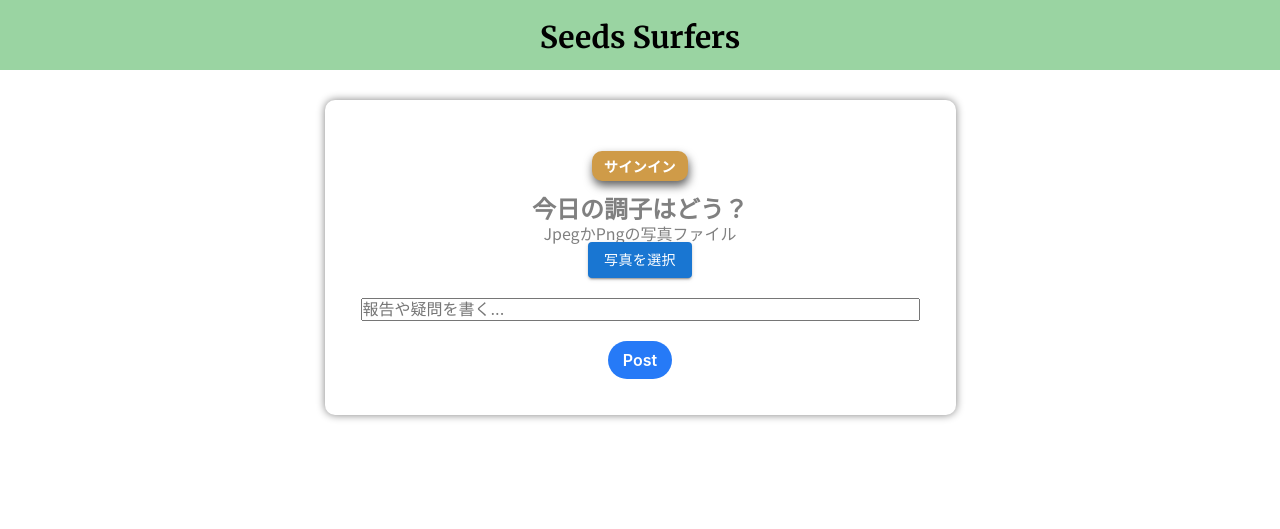
Repository: Seiya00002/seeds_surfers_react_sns
Page: /
These files come from the project's save history. The page is drawn as it stood at one moment and after the next save; the edit follows.
The browser window is 1280 px wide. The pictures show the whole page.
The page's requests for data from a server got no answer. The project was rebuilt for these pictures with package versions that can differ from the ones it lists, and the page was loaded fresh each time. No one was signed in, and anything a server would have sent is missing. Also part of the build but not shown: src/Components/Post.css, src/Components/Post.tsx.

Above is the page before, as saved 2023-08-24 16:16:26.

### public/index.html
<!DOCTYPE html>
<html lang="en">
  <head>
    <meta charset="utf-8" />
    <link rel="icon" href="%PUBLIC_URL%/favicon.ico" />
    <meta name="viewport" content="width=device-width, initial-scale=1" />
    <meta name="theme-color" content="#000000" />
    <meta
      name="description"
      content="Web site created using create-react-app"
    />
    <link rel="apple-touch-icon" href="%PUBLIC_URL%/logo192.png" />
    <!--
      manifest.json provides metadata used when your web app is installed on a
      user's mobile device or desktop. See https://developers.google.com/web/fundamentals/web-app-manifest/
    -->
    <link rel="manifest" href="%PUBLIC_URL%/manifest.json" />
    <!--
      Notice the use of %PUBLIC_URL% in the tags above.
      It will be replaced with the URL of the `public` folder during the build.
      Only files inside the `public` folder can be referenced from the HTML.

      Unlike "/favicon.ico" or "favicon.ico", "%PUBLIC_URL%/favicon.ico" will
      work correctly both with client-side routing and a non-root public URL.
      Learn how to configure a non-root public URL by running `npm run build`.
    -->
    <link rel="stylesheet" href="https://cdnjs.cloudflare.com/ajax/libs/normalize/8.0.1/normalize.min.css">
    <title>React App</title>
  </head>
  <body>
    <noscript>You need to enable JavaScript to run this app.</noscript>
    <div id="root"></div>
    <!--
      This HTML file is a template.
      If you open it directly in the browser, you will see an empty page.

      You can add webfonts, meta tags, or analytics to this file.
      The build step will place the bundled scripts into the <body> tag.

      To begin the development, run `npm start` or `yarn start`.
      To create a production bundle, use `npm run build` or `yarn build`.
    -->
  </body>
</html>

### src/index.tsx
import React from 'react';
import ReactDOM from 'react-dom/client';
import './index.css';
import reportWebVitals from './reportWebVitals';
import App from './App';
import Header from './Header';

const root = ReactDOM.createRoot(
  document.getElementById('root') as HTMLElement
);
root.render(
  <React.StrictMode>
    <Header />
    <App />
  </React.StrictMode>
);

reportWebVitals();

### src/index.css
* {
  box-sizing: border-box;
  margin: 0;
  padding: 0;
}

body {
  font-family: -apple-system, BlinkMacSystemFont, 'Segoe UI', 'Roboto', 'Oxygen',
    'Ubuntu', 'Cantarell', 'Fira Sans', 'Droid Sans', 'Helvetica Neue',
    sans-serif;
  -webkit-font-smoothing: antialiased;
  -moz-osx-font-smoothing: grayscale;

}

code {
  font-family: source-code-pro, Menlo, Monaco, Consolas, 'Courier New',
    monospace;
}

### src/App.tsx
import React from 'react';
import './App.css';
import { db, storage } from './firebase';
import { useEffect, useState, useRef } from "react";
import { collection, query, orderBy, getDocs, QuerySnapshot } from "firebase/firestore";
import { doc, onSnapshot } from 'firebase/firestore';
import { AuthProvider } from './AuthContext';
import Post from './Components/Post';
import PostUploader from './Components/PostUploader';

function App() {
  const [posts, setPosts] = useState<any>([]);

  useEffect(() => {
    const q = query(collection(db, 'posts'), orderBy('timestamp', 'desc'));
    // リアルタイム表示
    const unsubscribe = onSnapshot(q, (querySnapshot) => {
      const postsData = querySnapshot.docs.map((doc) => {
        return { id: doc.id, ...doc.data() };
      });
      setPosts(postsData);
    });

    return () => {
      // コンポーネントがアンマウントされる際にunsubscribeを行う
      unsubscribe();
    };
  }, []);

  console.log("Posts in App:", posts);

  return(
    <AuthProvider>
      <div className="App">
        <PostUploader setPosts={setPosts} />
        {posts.map((post:any) => (
          <Post key={post.timestamp} post={post} />
        ))}
      </div>
    </AuthProvider>
  );
}

export default App;

### src/Header.tsx
import React from "react";
import './Header.css';

function Header() {
    return(
        <div className="header">
            <h2>Seeds Surfers</h2>
            {/* <h3>Produced by cova.amigo</h3> */}
        </div>
    )
}

export default Header;

### src/App.css
@import url('https://fonts.googleapis.com/css2?family=Merriweather:wght@400;700&family=Noto+Sans+JP:wght@100;200;300;400;500;600;700&display=swap');

p {
  font-family: 'Noto Sans JP', sans-serif;
}

.App {
  text-align: center;
  display: flex;
  justify-content: center;
  align-items: center;
  width: 100%;
  flex-flow: column;
}

### src/firebase.tsx
import { initializeApp } from "firebase/app";
import { getFirestore } from "firebase/firestore";
import { getStorage } from "firebase/storage";
import { getAuth } from "firebase/auth";
import { GoogleAuthProvider } from "firebase/auth";


const firebaseConfig = {
  apiKey: "AIzaSyDRiOj3JAcuLe6c_Ms2hhsjBCCb8lLwSGU",
  authDomain: "seeds-surfers-react-sns.firebaseapp.com",
  projectId: "seeds-surfers-react-sns",
  storageBucket: "seeds-surfers-react-sns.appspot.com",
  messagingSenderId: "1087322797942",
  appId: "1:1087322797942:web:be61f4173bd538ec6e2c57"
};

const app = initializeApp(firebaseConfig);

export const storage = getStorage(app);
export const db = getFirestore(app);
export const auth = getAuth();
export const provider = new GoogleAuthProvider();

### src/AuthContext.tsx
import { useEffect } from "react";
import { auth } from "./firebase";
import { User } from "firebase/auth";
import { useAuthState } from "react-firebase-hooks/auth";
import { createContext, useState, Dispatch, SetStateAction  } from 'react';

type AuthContextType = {
    user: User | null;
    setUser: Dispatch<SetStateAction<User | null>>;
    signOut: () => Promise<void>;
};

export const AuthContext = createContext<AuthContextType>({
    user: null,
    setUser: () => {},
    signOut: async () => {}
});


export const AuthProvider = ({ children }: { children: React.ReactNode }) => {
    const [user, setUser] = useState<User | null>(() => {
        // リロード時ローカルストレージに状態一時保存
        const storedUser = localStorage.getItem('user');
        return storedUser ? JSON.parse(storedUser) : null;
    });

    useEffect(() => {
        if(user) {
            localStorage.setItem('user', JSON.stringify(user));
        } else {
            localStorage.removeItem('user');
        }
    }, [user]);

    const signOut = async () => {
        await auth.signOut();
        setUser(null);
    }

    return(
        <AuthContext.Provider value={{ user, setUser, signOut }}>
            { children }
        </AuthContext.Provider>
    );
};

### src/Components/PostUploader.tsx
import React, { useState}  from "react";
import "./PostUploader.css";
import { Button } from '@mui/material';
import { db, storage } from "../firebase";
import { ref, uploadBytesResumable, getDownloadURL } from "firebase/storage";
import firebase from "firebase/app";
import "firebase/firestore";
import { addDoc, collection, serverTimestamp} from "firebase/firestore";
import Post from "./Post";
import Login from "./Login";

interface PostUploaderProps {
  setPosts: React.Dispatch<React.SetStateAction<any[]>>;
}

function PostUploader({ setPosts }: PostUploaderProps) {
  const [loading, setLoading] = useState<boolean>(false);
  const [isUpLoaded, setUploaded] = useState<boolean>(false);
  const [text, setText] = useState<string>("");
  const [fileUrl, setFileUrl] = useState<any>("");

  const OnFileUploadToFirebase = (e:any) => {
        const file = e.target.files[0];
        const storageRef = ref(storage, 'image/' + file.name);
        const uploadImage = uploadBytesResumable(storageRef, file);

        setLoading(true);

        uploadImage.then((snapshot) => {
          setLoading(false);
          setUploaded(true);
          return getDownloadURL(snapshot.ref);
        })
        .then((url) => {
          setFileUrl(url);
        })
        .catch((error: any) => {
          setLoading(false);
          console.error("画像のアップロードに失敗しました。:", error);
        });
  };

  const onTextUploadToFirebase = () => {
    addDoc(collection(db, "posts"), {
      text:text,
      imageUrl:fileUrl,
      timestamp: serverTimestamp(),
    })
    .then((docRef)=>{
      console.log("投稿が完了しました！");

      const newDocId = docRef.id;

      setText("");
      setFileUrl("");
      setUploaded(false);

      // Post コンポーネントに渡すデータに新しいドキュメントIDを追加
      setPosts((prevPosts) => [
        ...prevPosts,
        {
          text: text,
          imageUrl: fileUrl,
          timestamp: serverTimestamp(),
          id: newDocId,
        },
      ]);

      console.log("新しく追加されたドミュメントのID:", newDocId);
    })
    .catch((error: any) => {
      console.error("エラーが発生しました。:",error);
    });
  };


  return (
    <>
      {loading ?(
        <h2>画像アップロード中・・・</h2>
      ) : (
        <>
          {isUpLoaded ? (
            <>
              <div className="outerBox">
                <h2>画像アップロード完了しました！</h2>

                <form id="post">
                  <label>
                    <input
                      type="text"
                      placeholder="報告や疑問を書く..."
                      size={50}
                      maxLength={500}
                      value={text}
                      onChange={e => setText(e.target.value)}
                    />
                  </label>
                  </form>
                  <input
                    type="button"
                    form="post"
                    value="Post"
                    onClick={onTextUploadToFirebase}
                  />
              </div>
            </>
            ) : (
              <div className="outerBox">
                <div className="title">
                　<Login />
                  <h2>今日の調子はどう？</h2>
                  <p>JpegかPngの写真ファイル</p>
                </div>
                <Button variant="contained">
                  写真を選択
                  <input
                  className="imageUploadInput"
                  type="file"
                  accept=".png, .jpeg, .jpg"
                  onChange={OnFileUploadToFirebase}
                  />
                </Button>
                <form id="post">
                  <label>
                    <input
                      type="text"
                      placeholder="報告や疑問を書く..."
                      className="textPost"
                      size={50}
                      maxLength={500}
                      value={text}
                      onChange={e => setText(e.target.value)}
                    />
                  </label>
                  </form>
                  <input
                    type="button"
                    className="textUploadInput"
                    form="post"
                    value="Post"
                    onClick={onTextUploadToFirebase}
                  />
              </div>
            )
          }
        </>
      )}
    </>
  );
};

export default PostUploader;

### src/Header.css
@import url('https://fonts.googleapis.com/css2?family=Merriweather:wght@400;700&display=swap');

.header {
    height: 70px;
    background-color: rgba(30, 160, 47, 0.449);
    margin: 0;
    padding: 0;
}

.header h2 {
    display: flex;
    justify-content: center;
    text-align: center;
    padding: 20px;
    font-family: 'Merriweather', serif;
    font-weight: 700;
    font-size: 30px;
}

### src/Components/PostUploader.css
.outerBox {
    margin: 30px 0;
    display: flex;
    flex-direction: column;
    align-items: center;
    justify-content: center;
    text-align: center;
    border: none;
    padding: 36px;
    border-radius: 10px;
    box-shadow: 0px 0px 8px gray;
    color: gray;
  }

  .outerBox h2 {
    font-weight: 600;
    margin-top: 5px;
  }

  .imageUplodeBox {
    border: 2px dashed #2d6395;
    padding: 35px 60px;
    position: relative;
  }

  .imageLogoAndText p {
    margin-bottom: 0px;
  }

  .imageUploadInput {
    opacity: 0;
    position: absolute;
    top: 0;
    left: 0;
    width: 100%;
    height: 100%;
    cursor: pointer;
  }

  .textPost {
    margin: 20px 0;
  }

  .textUploadInput {
    border-radius: 50px;
    border: none;
    background-color: #267af7;
    color: white;
    padding: 10px 15px;
    cursor: pointer;
    font-weight: 600;
  }

### src/Components/Login.tsx
//Login.tsx
import { signInWithPopup, User } from "firebase/auth";
import React from 'react';
import { useAuthState } from 'react-firebase-hooks/auth';
import { auth, provider } from '../firebase';
import './Login.css';


function Login() {
    const [user] = useAuthState(auth);

    return (
        <div className="userInfo">
            {user ? (
                <>
                    <UserInfo user={user} />
                    <SignOutButton />
                </>
            ) : (
                <SignInButton />
            )}
        </div>
    );
}

export default Login;

function SignInButton() {
    const signInWithGoogle = () => {
        signInWithPopup(auth, provider);
    };

    return (
        <button
        className="signin-button"
        onClick={signInWithGoogle}>
            <p>サインイン</p>
        </button>
    );
}

function SignOutButton() {
    return (
        <button
        className="signout-button"
        onClick={() => auth.signOut()}>
            <p>サインアウト</p>
        </button>
    );
}

function UserInfo({ user }: {user: User}) {
    const { displayName, photoURL } = user;

    return (
        <div>
            {photoURL && (
                <img
                    src={photoURL}
                    alt="User Icon"
                    className="userIcon"
                />
            )}
        </div>
    );
}

### src/Components/Login.css
.userInfo {
    margin: 5px 20px;
    display: flex;
  }

  h1 {
    font-size: 3rem;
  }

.userIcon {
    border-radius: 50%;
    width: 50px;
    height: 50px;
  }

.signout-button {
    margin: 10px 10px;
    padding: 7px 12px;
    border: none;
    border-radius: 10px;
    box-shadow: 1px 5px 10px #626262;
    cursor: pointer;
    background-color: #cf9b48;
    color: white;
    font-weight: 300;
    font-size: 5px;
    width: 80pxpx;
    height: 30px;
  }

  .signin-button {
    margin: 10px auto;
    padding: 7px 12px;
    border: none;
    border-radius: 10px;
    box-shadow: 1px 5px 10px #626262;
    cursor: pointer;
    background-color: #cf9b48;
    color: white;
    font-weight: 300;
    font-size: 5px;
    width: 80pxpx;
    height: 30px;
  }

  .signout-button p {
    font-size: 0.9rem;
    font-weight: 600;
  }

  .signin-button p {
    font-size: 0.9rem;
    font-weight: 600;
  }

Loaded but not shown: src/reportWebVitals.ts (common file)

After the next save:
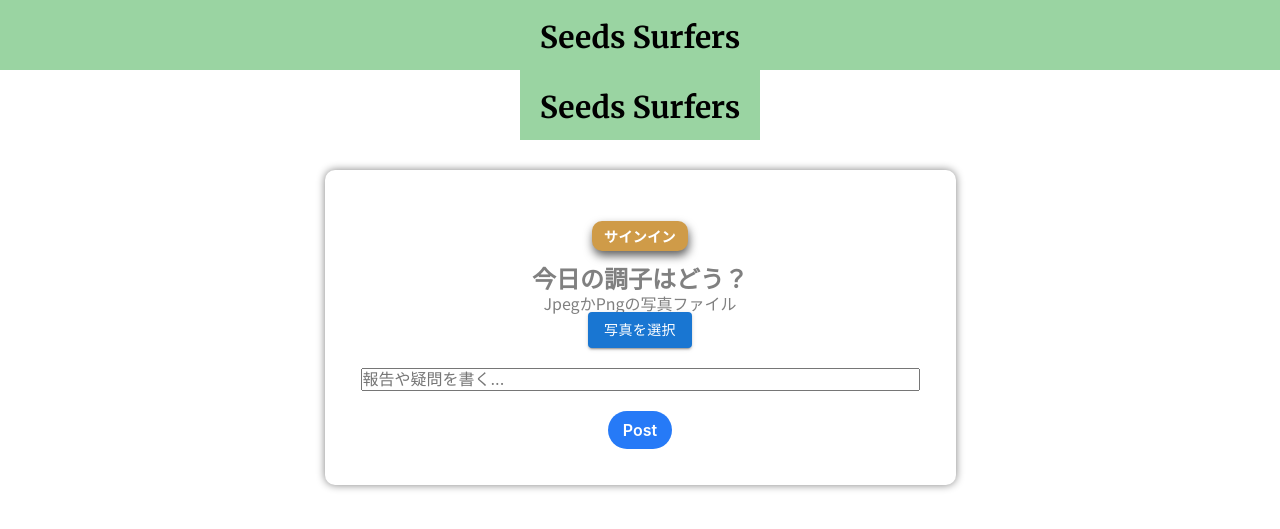
Saved 8 min 18 s later.
--- a/src/App.tsx
+++ b/src/App.tsx
@@ -5,6 +5,7 @@ import { useEffect, useState, useRef } from "react";
 import { collection, query, orderBy, getDocs, QuerySnapshot } from "firebase/firestore";
 import { doc, onSnapshot } from 'firebase/firestore';
 import { AuthProvider } from './AuthContext';
+import Header from './Header';
 import Post from './Components/Post';
 import PostUploader from './Components/PostUploader';
 
@@ -32,6 +33,7 @@ function App() {
   return(
     <AuthProvider>
       <div className="App">
+        <Header />
         <PostUploader setPosts={setPosts} />
         {posts.map((post:any) => (
           <Post key={post.timestamp} post={post} />
